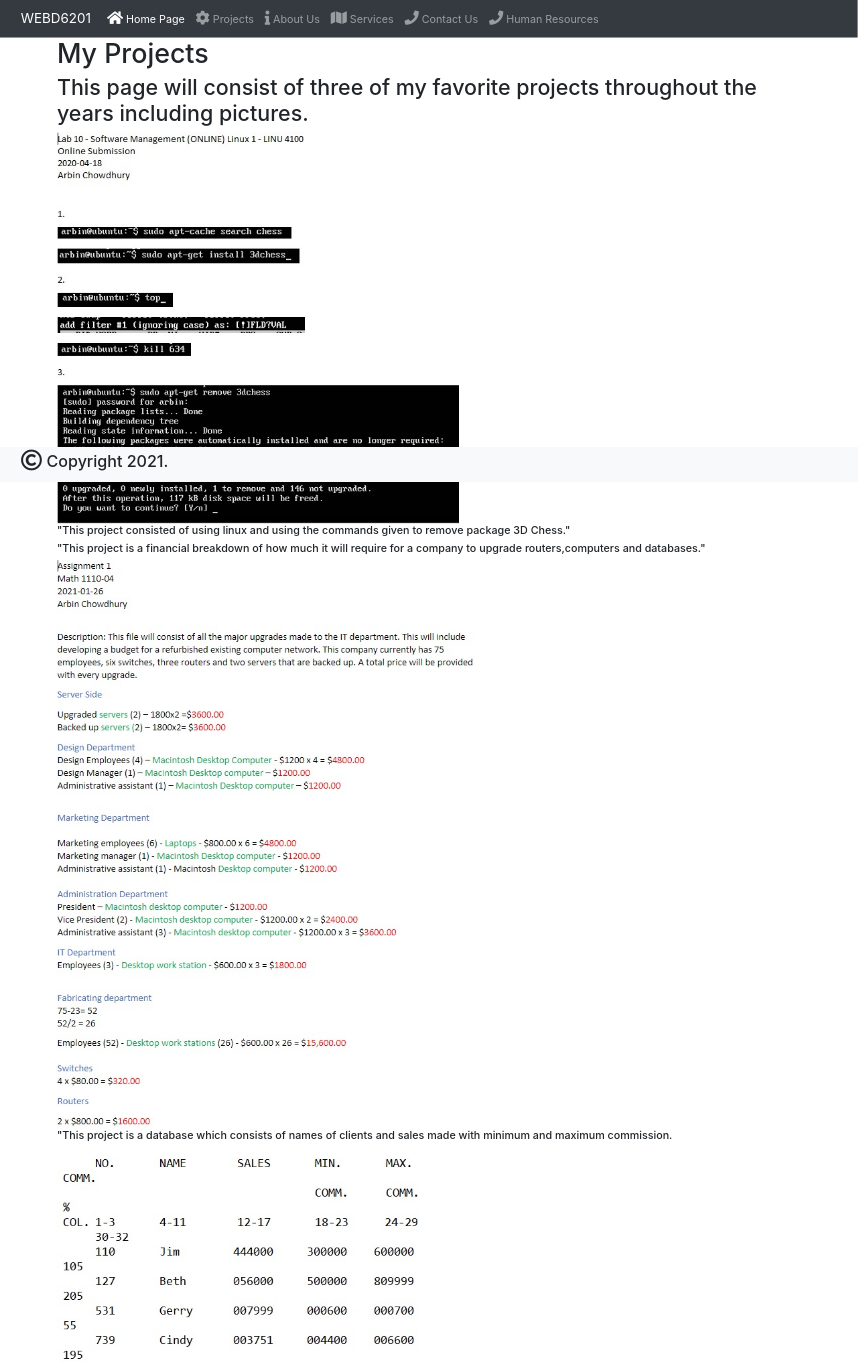
Repository: arbin6ix/ICE-2
Page: projects.html
These files come from the project's save history. The page is drawn as it stood at one moment and after the next save; the edit follows.
The browser window is 1280 px wide. The pictures show the whole page, at 67% of full size.

Above is the page before, as saved 2021-02-05 22:36:27.

After the next save:
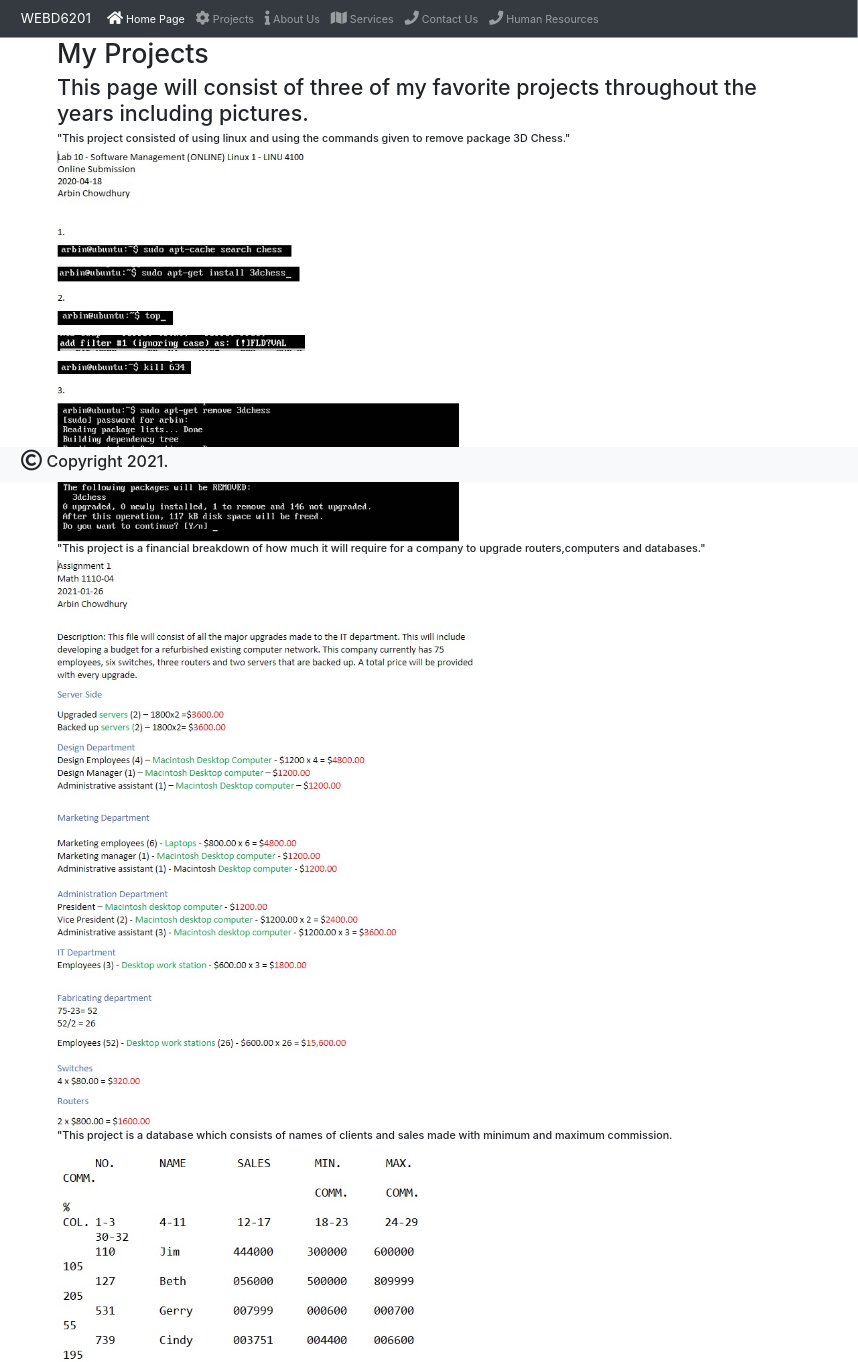
Saved 29 s later.
--- a/projects.html
+++ b/projects.html
@@ -55,8 +55,8 @@
         <h1>My Projects</h1>
         <h2>This page will consist of three of my favorite projects throughout the years including pictures.</h2>
 
+        <h6>"This project consisted of using linux and using the commands given to remove package 3D Chess."</h6>
         <img src="images/project1.jpg">
-        <h6>"This project consisted of using linux and using the commands given to remove package 3D Chess."</h6>
 
         <h6>"This project is a financial breakdown of how much it will require for a company to upgrade routers,computers and databases."</h6>
         <img src="images/Project2.jpg">
